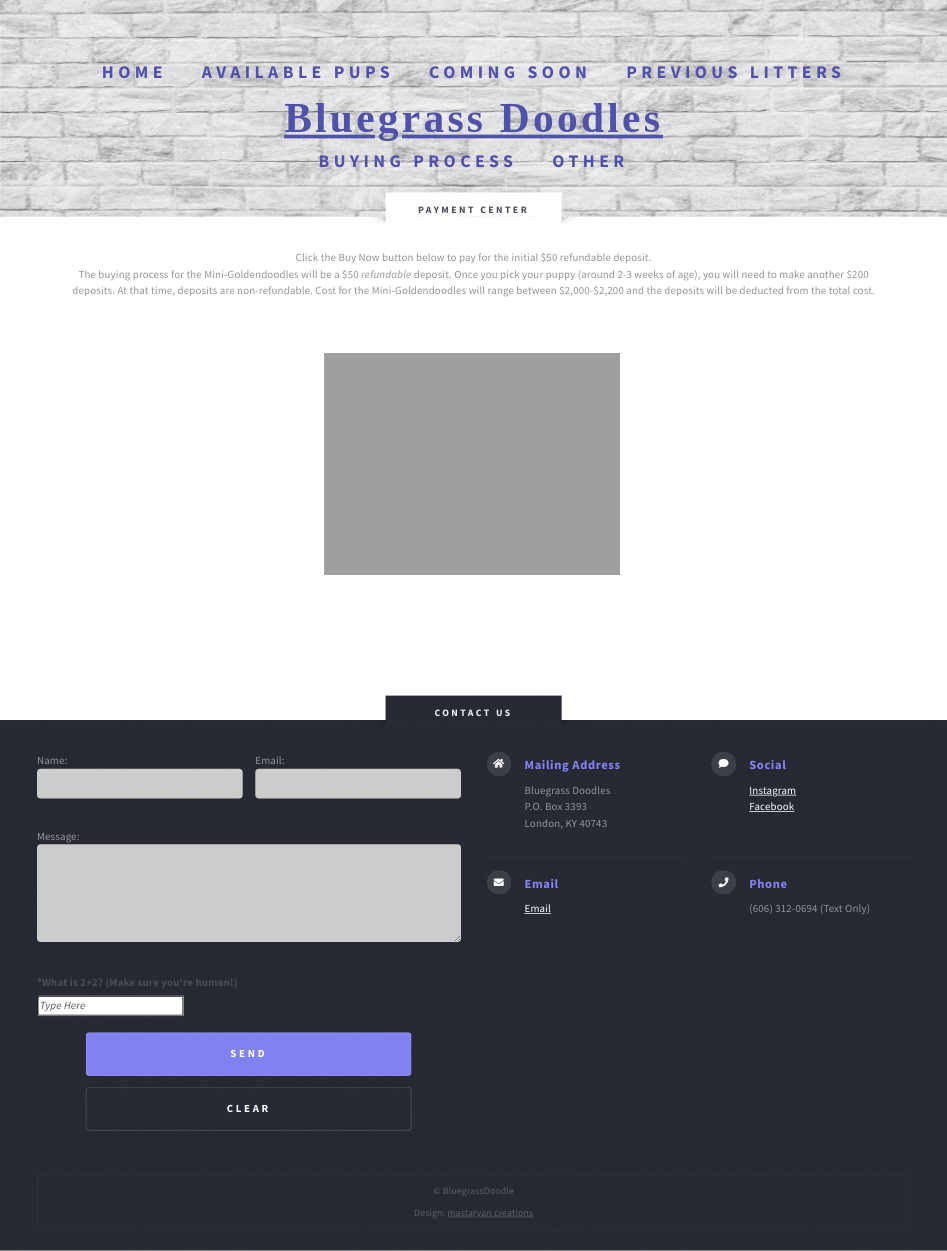
Repository: mastaryan/Cockapoo
Page: checkout2.html
An editor plug-in stored every save of this project. The page is shown before and after the next save, followed by the edit.
The browser window is 1280 px wide. The pictures show the whole page, at 74% of full size.
Pictures or frames that could not be fetched are drawn as grey boxes. Some web fonts or font styles are not loaded; a fallback is used.

Above is the page before, as saved 2020-12-05 21:23:53.

After the next save:
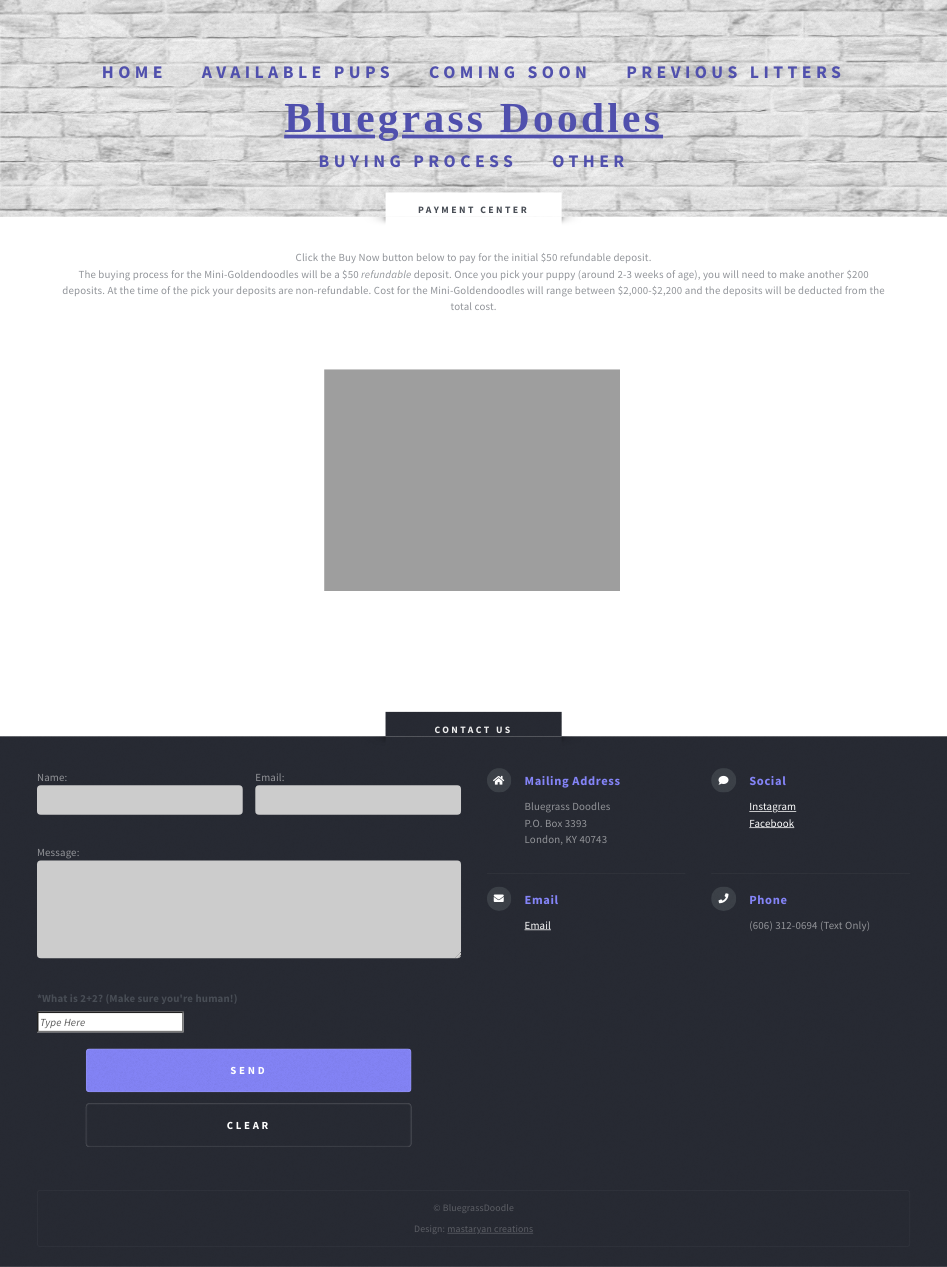
Saved 31 s later.
--- a/checkout2.html
+++ b/checkout2.html
@@ -82,7 +82,7 @@
 						Click the Buy Now button below to pay for the initial $50 refundable deposit.
 						<br>
 						<p>The buying process for the Mini-Goldendoodles will be a $50 <em>refundable</em> deposit. Once you pick your puppy (around 2-3 weeks of age),
-							you will need to make another $200 deposits. At that time, deposits are non-refundable. Cost for the Mini-Goldendoodles will range between $2,000-$2,200
+							you will need to make another $200 deposits. At the time of the pick your deposits are non-refundable. Cost for the Mini-Goldendoodles will range between $2,000-$2,200
 							and the deposits will be deducted from the total cost.
 						</p>
 						<br>
